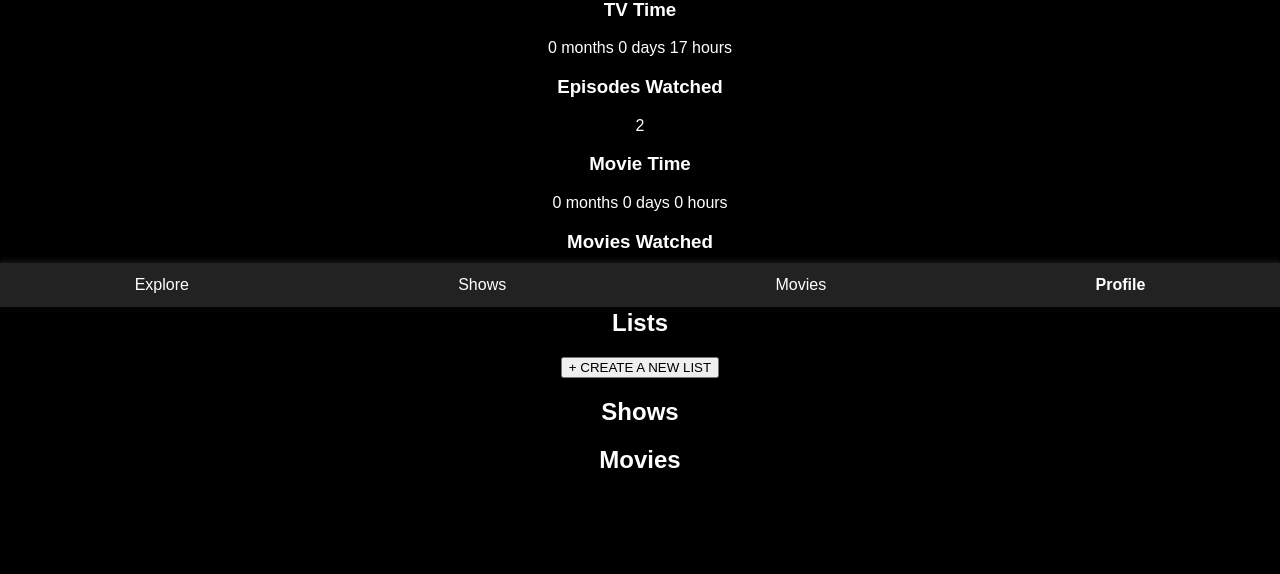
Repository: carson-jenkins-5/tracktv
Page: tracktv/frontend/profile.html
An editor plug-in stored every save of this project. The page is shown before and after the next save, followed by the edit.
The browser window is 1280 px wide. The pictures show the part of the page from y = 413 to 1045 px (the page is 987 px tall before and 1045 px after).
A picture or video elsewhere on the page could not be fetched, so the positions and the page height are approximate.

Above is the page before, as saved 2025-03-14 23:25:47.

### tracktv/frontend/profile.html
<!DOCTYPE html>
<html lang="en">
<head>
    <meta charset="UTF-8">
    <meta name="viewport" content="width=device-width, initial-scale=1.0">
    <title>Profile</title>
    <link rel="stylesheet" href="styles.css">
</head>
<body>

    <!-- Profile Header -->
    <div class="profile-header">
        <div class="profile-info">
            <img src="assets/profile-placeholder.png" alt="Profile Picture" class="profile-picture">
            <div class="profile-text">
                <h2 class="username">Carson Jenkins</h2>
                <button class="edit-profile">EDIT</button>
            </div>
        </div>
    </div>

    <!-- Stats Section -->
    <div class="stats-container">
        <div class="stat-box">
            <h3>TV Time</h3>
            <p>0 months 0 days 17 hours</p>
        </div>
        <div class="stat-box">
            <h3>Episodes Watched</h3>
            <p>2</p>
        </div>
        <div class="stat-box">
            <h3>Movie Time</h3>
            <p>0 months 0 days 0 hours</p>
        </div>
        <div class="stat-box">
            <h3>Movies Watched</h3>
            <p>0</p>
        </div>
    </div>

    <!-- Lists Section -->
    <div class="lists-container">
        <h2>Lists</h2>
        <button class="create-list">+ CREATE A NEW LIST</button>
    </div>

    <!-- Favorites Section -->
    <div class="favorites-container">
        <h2>Shows</h2>
        <div class="favorites-carousel" id="favorite-shows"></div>
        <h2>Movies</h2>
        <div class="favorites-carousel" id="favorite-movies"></div>
    </div>

    <!-- Navbar -->
    <nav class="navbar">
        <button onclick="window.location.href='index.html'">Explore</button>
        <button onclick="window.location.href='shows.html'">Shows</button>
        <button onclick="window.location.href='movies.html'">Movies</button>
        <button class="active">Profile</button>
    </nav>

    <script src="script.js"></script>
</body>

### tracktv/frontend/styles.css
/* Global Styles */
body {
    font-family: Arial, sans-serif;
    background-color: black;
    color: white;
    margin: 0;
    padding: 0;
    text-align: center;
    padding-bottom: 80px;
}

/* Search Bar */
.search-bar-container {
    position: fixed;
    top: 0;
    left: 0;
    width: 100%;
    background-color: black;
    z-index: 1000;
    display: flex;
    align-items: center;
    justify-content: center;
    padding: 12px;
    box-shadow: 0px 2px 5px rgba(255, 255, 255, 0.1);
}
.search-bar {
    flex-grow: 1;
    max-width: 80%;
    padding: 10px;
    border-radius: 20px;
    font-size: 16px;
    border: 1px solid rgba(255, 255, 255, 0.3);
    background-color: #222;
    color: white;
    outline: none;
}

/* Cancel Button */
#cancel-btn {
    background: none;
    border: none;
    color: #008CDA;
    font-size: 16px;
    font-weight: bold;
    margin-left: 12px;
    cursor: pointer;
    transition: color 0.3s ease;
}
#cancel-btn:hover {
    color: #00aaff;
}

/* Search Results */
#search-results {
    width: 90%;
    background-color: #000;
    margin: 10px auto;
    border-radius: 8px;
    overflow-y: auto;
    padding: 10px;
}
.search-item {
    display: flex;
    align-items: center;
    padding: 12px;
    border-bottom: 1px solid rgba(255, 255, 255, 0.3);
}
.search-item img {
    width: 60px;
    height: 90px;
    border-radius: 5px;
    margin-right: 15px;
}
.search-info {
    flex-grow: 1;
}
.search-title {
    color: white;
    font-size: 16px;
    font-weight: bold;
    margin: 0;
}
.search-subtitle {
    color: rgba(255, 255, 255, 0.6);
    font-size: 14px;
    margin: 3px 0;
}

/* Add Button */
.add-button {
    background-color: #008CDA;
    color: white;
    border: none;
    font-size: 18px;
    font-weight: bold;
    width: 36px;
    height: 36px;
    border-radius: 50%;
    cursor: pointer;
    display: flex;
    align-items: center;
    justify-content: center;
}

/* Carousel */
.carousel {
    display: flex;
    overflow-x: auto;
    gap: 10px;
    padding: 10px;
}

/* Navbar */
.navbar, .bottom-nav {
    position: fixed;
    bottom: 0;
    width: 100%;
    background-color: #222;
    display: flex;
    justify-content: space-around;
    padding: 12px 0;
    box-shadow: 0px -2px 5px rgba(255, 255, 255, 0.1);
    z-index: 1000;
}
.navbar button, .bottom-nav button {
    background: none;
    border: none;
    color: white;
    font-size: 16px;
    cursor: pointer;
}
.navbar button.active, .bottom-nav button.active {
    font-weight: bold;
}

/* Tabs */
.tabs {
    display: flex;
    justify-content: center;
    padding: 10px;
    background: black;
    border-bottom: 2px solid white;
}
.tabs span {
    margin: 0 15px;
    padding: 5px 0;
    font-size: 16px;
    color: rgba(255, 255, 255, 0.7);
    cursor: pointer;
}
.tabs .active {
    border-bottom: 2px solid white;
    color: white;
}

/* Empty Watchlist */
.empty-state {
    text-align: center;
    padding: 50px 20px;
}
.empty-state img {
    width: 120px;
    margin-bottom: 15px;
}
.empty-state h2 {
    font-size: 20px;
    margin-bottom: 5px;
}
.empty-state p {
    font-size: 14px;
    color: rgba(255, 255, 255, 0.6);
    margin-bottom: 15px;
}
.empty-state button {
    background-color: #008CDA;
    color: white;
    padding: 10px 20px;
    border: none;
    font-size: 16px;
    cursor: pointer;
    border-radius: 5px;
}

/* Watchlist */
#watchlist-container {
    padding: 20px;
    text-align: left;
}
.watchlist-item {
    display: flex;
    align-items: center;
    padding: 15px;
    border-bottom: 1px solid rgba(255, 255, 255, 0.2);
}
.watchlist-item img {
    width: 80px;
    height: 120px;
    border-radius: 5px;
    margin-right: 15px;
}
.watchlist-info {
    flex-grow: 1;
}
.watchlist-title {
    font-size: 18px;
    font-weight: bold;
    margin: 0;
}
.watchlist-subtitle {
    font-size: 14px;
    color: rgba(255, 255, 255, 0.6);
}
.watchlist-actions {
    display: flex;
    align-items: center;
}

/* Buttons */
.watch-button,
.remove-button {
    background: none;
    border: none;
    color: white;
    font-size: 18px;
    cursor: pointer;
    padding: 5px 10px;
}
.browse-button {
    background-color: #008CDA;
    color: white;
    padding: 10px 20px;
    border: none;
    font-size: 16px;
    cursor: pointer;
    border-radius: 5px;
    margin-top: 20px;
}

/* Media Items */
.show-item {
    position: relative;
    width: 150px; /* Ensure consistent width */
    flex-shrink: 0; /* Prevent items from collapsing */
}
.show-item img {
    width: 100%;
    border-radius: 5px;
    display: block;
}

/* Add button */
.explore-add-button {
    position: absolute;
    top: 5px;
    right: 5px;
    width: 28px;
    height: 28px;
    background-color: #008CDA;
    color: white;
    font-size: 18px;
    font-weight: bold;
    border: none;
    border-radius: 50%;
    cursor: pointer;
    display: flex;
    align-items: center;
    justify-content: center;
    opacity: 0.85;
    transition: opacity 0.3s;
}
.explore-add-button:hover {
    opacity: 1;
}

/* Options Menu */
.menu-button {
    background: none;
    border: none;
    color: white;
    font-size: 20px;
    cursor: pointer;
    padding: 5px;
}
.menu-dropdown {
    display: none;
    position: absolute;
    right: 0;
    background: rgba(50, 50, 50, 0.9);
    border-radius: 5px;
    overflow: hidden;
    box-shadow: 0 2px 10px rgba(0, 0, 0, 0.2);
}
.menu-dropdown.show {
    display: block;
}
.menu-dropdown button {
    background: none;
    border: none;
    color: white;
    padding: 10px 15px;
    width: 100%;
    text-align: left;
    font-size: 14px;
    cursor: pointer;
}
.menu-dropdown button:hover {
    background: rgba(255, 255, 255, 0.1);
.watchlist-dropdown button:hover {
}

/* Profile Page Styles */
.profile-header {
    position: relative;
    height: 200px;
    background: url('assets/profile-bg.jpg') center/cover no-repeat;
    display: flex;
    align-items: center;
    justify-content: center;
    text-align: center;
    color: white;
    padding-top: 20px;
}
.profile-info {
    display: flex;
    flex-direction: column;
    align-items: center;
}
.profile-picture {
    width: 100px;
    height: 100px;
    border-radius: 50%;
    border: 3px solid white;
    margin-bottom: 10px;
}
.username {
    font-size: 20px;
    font-weight: bold;
    margin-bottom: 5px;
}
.edit-profile {
    background: rgba(255, 255, 255, 0.2);
    color: white;
    border: none;
    padding: 5px 10px;
    border-radius: 5px;
    cursor: pointer;
    font-size: 14px;
}
.stats-container {
    display: flex;
    justify-content: space-around;
    padding: 20px;
    text-align: center;
}
.stat-box {
    background: rgba(255, 255, 255, 0.1);
    padding: 15px;
    border-radius: 10px;
    min-width: 80px;
    text-align: center;
}
.stat-box h3 {
    font-size: 14px;
    margin-bottom: 5px;
}
.stat-box p {
    font-size: 16px;
    font-weight: bold;
}

/* Lists & Favorites */
.lists-container, .favorites-container {
    margin: 20px;
}
.lists-container h2,
.favorites-container h2 {
    font-size: 18px;
    margin-bottom: 10px;
    text-align: left;
}
.create-list {
    background: rgba(255, 255, 255, 0.2);
    color: white;
    border: none;
    padding: 10px;
    border-radius: 5px;
    width: 100%;
    cursor: pointer;
}
.favorites-carousel {
    display: flex;
    overflow-x: auto;
    gap: 10px;
    padding: 10px 0;
    white-space: nowrap;
}
.favorites-carousel img {
    width: 100px;
    border-radius: 5px;
}

/* Favorite Headers */
.favorite-header {
    display: flex;
    align-items: center;
    justify-content: space-between;
    padding: 10px 0;
}
.favorite-header .heart-icon {
    color: red;
    font-size: 18px;
    margin-right: 5px;
}

### tracktv/frontend/script.js
document.addEventListener("DOMContentLoaded", async function () {
    const trendingShowsContainer = document.getElementById("trending-shows");
    const trendingMoviesContainer = document.getElementById("trending-movies");
    const searchInput = document.getElementById("search-input");
    const searchForm = document.getElementById("search-form");
    const cancelBtn = document.getElementById("cancel-btn");
    const navbar = document.getElementById("navbar");

    //  Load Trending Shows
    if (trendingShowsContainer) {
        try {
            const trendingShows = await fetchTrendingShows();
            trendingShows.forEach(show => {
                const div = document.createElement("div");
                div.classList.add("media-container");

                div.innerHTML = `
                    <img src="https://image.tmdb.org/t/p/w200${show.poster_path}" alt="${show.name}">
                    <button class="add-button" onclick="addToWatchlist('${show.id}', '${show.name}', '${show.poster_path}', 'show')">+</button>
                `;

                trendingShowsContainer.appendChild(div);
            });
        } catch (error) {
            console.error("Error fetching trending shows:", error);
        }
    }

    //  Load Trending Movies
    if (trendingMoviesContainer) {
        try {
            const trendingMovies = await fetchTrendingMovies();
            trendingMovies.forEach(movie => {
                const div = document.createElement("div");
                div.classList.add("media-container");

                div.innerHTML = `
                    <img src="https://image.tmdb.org/t/p/w200${movie.poster_path}" alt="${movie.title}">
                    <button class="add-button" onclick="addToWatchlist('${movie.id}', '${movie.title}', '${movie.poster_path}', 'movie')">+</button>
                `;

                trendingMoviesContainer.appendChild(div);
            });
        } catch (error) {
            console.error("Error fetching trending movies:", error);
        }
    }

    //  Handle Search (Submit Button & Enter Key)
    function handleSearch() {
        const query = searchInput.value.trim();
        if (query.length > 0) {
            window.location.href = `search.html?q=${encodeURIComponent(query)}`;
        }
    }

    if (searchForm) {
        searchForm.addEventListener("submit", function (e) {
            e.preventDefault();
            handleSearch();
        });
    }

    if (searchInput) {
        searchInput.addEventListener("keydown", function (event) {
            if (event.key === "Enter") {
                event.preventDefault();
                handleSearch();
            }
        });
    }

    //  Cancel Button: Go Back
    if (cancelBtn) {
        cancelBtn.addEventListener("click", function () {
            window.history.back();
        });
    }

    //  Navbar Navigation
    if (navbar) {
        navbar.addEventListener("click", function (e) {
            const targetPage = e.target.getAttribute("data-page");
            if (targetPage) {
                window.location.href = `${targetPage}.html`;
            }
        });
    }
});

//  Function to Add to Watchlist
async function addToWatchlist(id, title, posterPath, type) {
    const media = { id, title, image: `https://image.tmdb.org/t/p/w200${posterPath}`, type };

    try {
        const response = await fetch("/backend/watchlist", {
            method: "POST",
            headers: { "Content-Type": "application/json" },
            body: JSON.stringify(media),
        });

        if (response.ok) {
            alert(`${title} added to watchlist!`);
        } else {
            alert("Already in watchlist or error occurred.");
        }
    } catch (error) {
        console.error("Error adding to watchlist:", error);
    }
}

//  Fetch Trending Shows
async function fetchTrendingShows() {
    const response = await fetch("https://api.themoviedb.org/3/tv/popular?api_key=68d6cd9baadb236523ec6497d0e352a5");
    const data = await response.json();
    return data.results.map(show => ({
        id: show.id,
        name: show.name,
        poster_path: show.poster_path
    }));
}

//  Fetch Trending Movies
async function fetchTrendingMovies() {
    const response = await fetch("https://api.themoviedb.org/3/movie/popular?api_key=68d6cd9baadb236523ec6497d0e352a5");
    const data = await response.json();
    return data.results.map(movie => ({
        id: movie.id,
        title: movie.title,
        poster_path: movie.poster_path
    }));
}

After the next save:
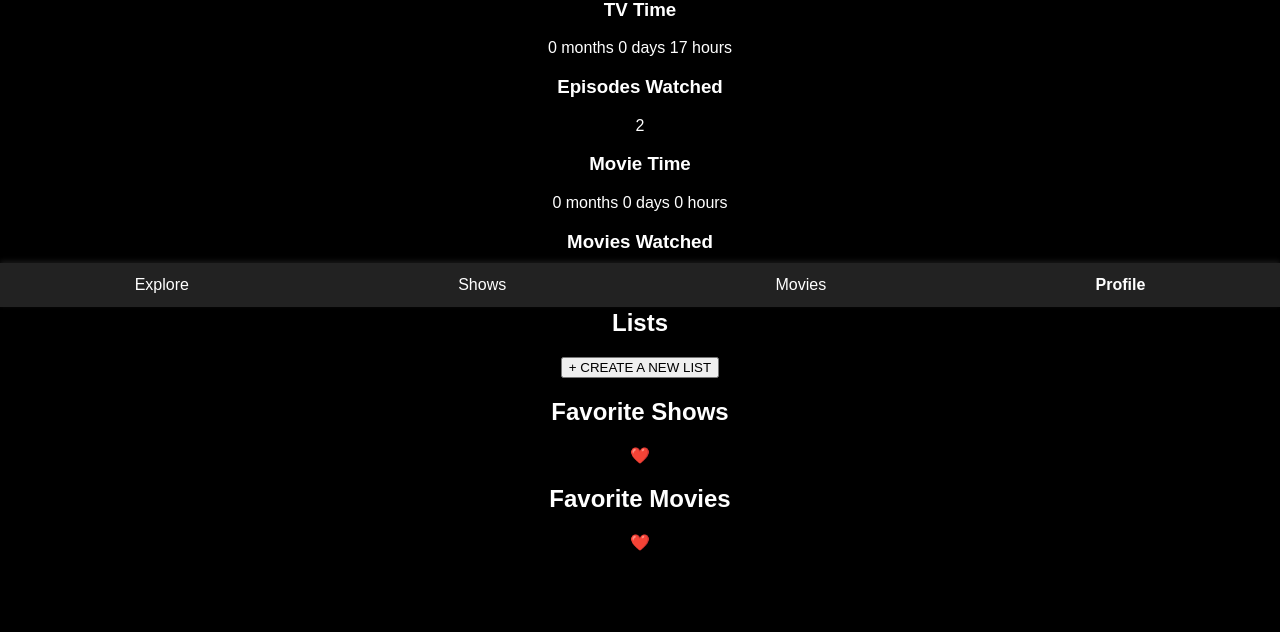
Saved 46 s later.
--- a/tracktv/frontend/profile.html
+++ b/tracktv/frontend/profile.html
@@ -12,10 +12,8 @@
     <div class="profile-header">
         <div class="profile-info">
             <img src="assets/profile-placeholder.png" alt="Profile Picture" class="profile-picture">
-            <div class="profile-text">
-                <h2 class="username">Carson Jenkins</h2>
-                <button class="edit-profile">EDIT</button>
-            </div>
+            <h2 class="username">Carson Jenkins</h2>
+            <button class="edit-profile">EDIT</button>
         </div>
     </div>
 
@@ -45,11 +43,21 @@
         <button class="create-list">+ CREATE A NEW LIST</button>
     </div>
 
-    <!-- Favorites Section -->
+    <!-- Favorite Shows Section -->
     <div class="favorites-container">
-        <h2>Shows</h2>
+        <div class="favorite-header">
+            <h2>Favorite Shows</h2>
+            <span class="heart-icon">❤️</span>
+        </div>
         <div class="favorites-carousel" id="favorite-shows"></div>
-        <h2>Movies</h2>
+    </div>
+
+    <!-- Favorite Movies Section -->
+    <div class="favorites-container">
+        <div class="favorite-header">
+            <h2>Favorite Movies</h2>
+            <span class="heart-icon">❤️</span>
+        </div>
         <div class="favorites-carousel" id="favorite-movies"></div>
     </div>
 
